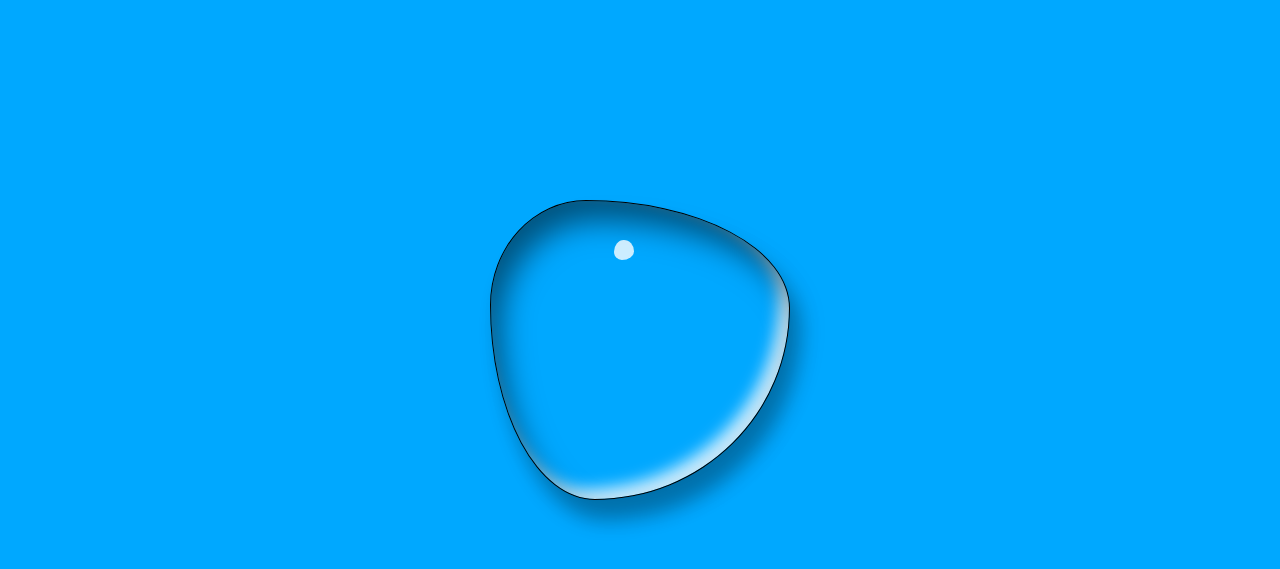
Repository: BlackCat328/CSS_Animation
Page: 52.水滴特效/demo.html
The author's editor kept a copy of each file at every save. The page is drawn from the files as they stood at one save, then again after the next save.
The browser window is 1280 px wide. The pictures show the whole page.

Above is the page before, as saved 2022-10-31 23:56:31.

After the next save:
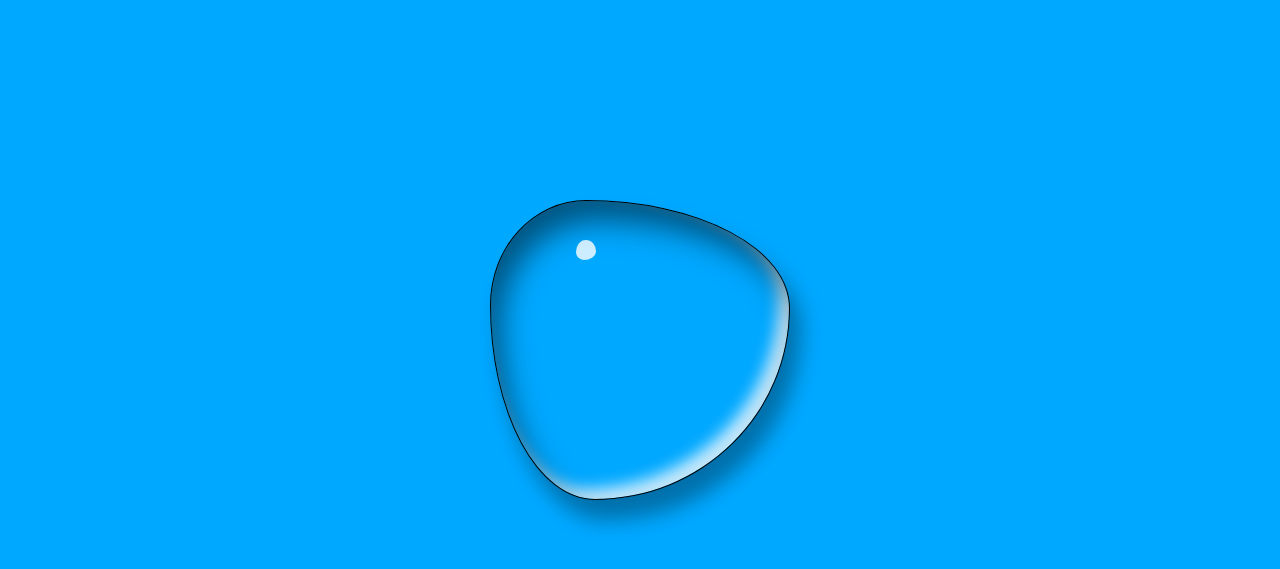
Saved 24 s later.
--- a/52.水滴特效/demo.css
+++ b/52.水滴特效/demo.css
@@ -30,7 +30,7 @@
     height: 20px;
     position: absolute;
     top: 240px;
-    left: 48%;
+    left: 45%;
     background-color: rgba(255, 255, 255, 0.8);
     border-radius: 49% 51% 61% 39% / 59% 56% 44% 41%;
 }
